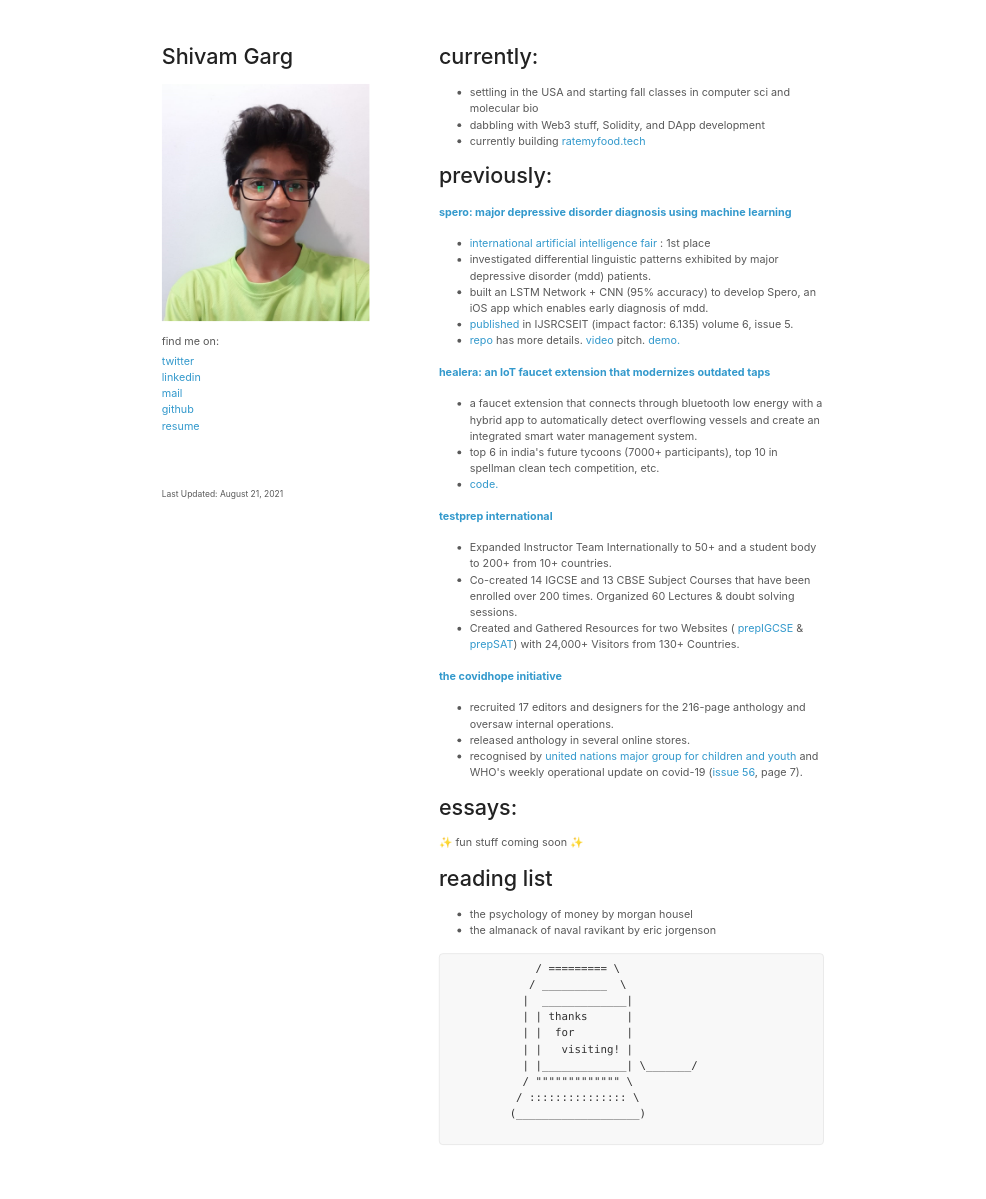
Repository: 22shivam/22shivam.github.io
Page: index.html
The author's editor kept a copy of each file at every save. The page is drawn from the files as they stood at one save, then again after the next save.
The browser window is 1280 px wide. The pictures show the whole page, at 77% of full size.

Above is the page before, as saved 2024-06-17 12:21:44.

### index.html
<!doctype html>
<html>

<head>
  <meta charset="utf-8">
  <meta http-equiv="X-UA-Compatible" content="chrome=1">
  <title>Shivam Garg</title>

  <link rel="apple-touch-icon" sizes="180x180" href="assets/favicon/apple-touch-icon.png">
  <link rel="icon" type="image/png" sizes="32x32" href="assets/favicon/favicon-32x32.png">
  <link rel="icon" type="image/png" sizes="16x16" href="assets/favicon/favicon-16x16.png">
  <link rel="manifest" href="assets/favicon/site.webmanifest">
  <title>Shivam Garg</title>
  <meta charset="utf-8">
  <meta name="description" content="hi i am shivam! i love making and learning about new things">
  <meta name="keywords" content="Shivam Garg, Shivam, Personal Website, smgarg, Shivam Manish Garg">
  <link rel="author" href="https://plus.google.com/{{googlePlusId}}" />
  <!-- TODO: fix link below -->
  <link rel="canonical" href="/" />
  <meta name="author" content="Shivam Garg">


  <link rel="stylesheet" href="css/styles.css">
  <link rel="stylesheet" href="css/pygment_trac.css">
  <meta name="viewport" content="width=device-width">
  <!--[if lt IE 9]>
    <script src="//html5shiv.googlecode.com/svn/trunk/html5.js"></script>
    <![endif]-->
</head>

<body>
  <div class="wrapper">
    <header>
      <h1>Shivam Garg</h1>
      <img src="assets/publicPhoto.jpeg" alt="Shivam Garg" height="" width="">
      <p style="margin-bottom: 5px; margin-top: 10px;">find me on:</p>
      <div class="view"><a href="https://twitter.com/0xshivamg/" target="_blank">twitter</a></div>
      <div class="view"><a href="https://www.linkedin.com/in/shivammgarg" target="_blank">linkedin</a></div>
      <div class="view"><a href="mailto:shivamg2604@gmail.com" target="_blank">mail</a></div>
      <div class="view"><a href="https://github.com/22shivam/" target="_blank">github</a></div>
      <div class="view"><a
          href="https://docs.google.com/document/d/1XngIt09bPn4KqA4MeCDZqlIE3TaXOZoX0enz0Mnil3I/edit?usp=sharing"
          target="_blank">resume</a></div>

    </header>
    <section>
      <h1>currently:</h1>

      <ul>
        <li> settling in the USA and starting fall classes in computer sci and molecular bio</li>
        <li> dabbling with Web3 stuff, Solidity, and DApp development </li>
        <li> currently building <a href="https://ratemyfood.tech/" target="_blank"> ratemyfood.tech </a></li>
        <!-- <li> reading the psychology of money </li> -->

      </ul>


      <h1>previously:</h1>

      <p><a href="#"><b>spero: major depressive disorder diagnosis using machine learning</b></a></p>
      <ul>
        <li><a href="https://www.facebook.com/watch/?v=3315503535234343" target="_blanket">international artificial
            intelligence fair </a>: 1st place</li>
        <li> investigated differential linguistic patterns exhibited by major depressive disorder (mdd) patients. </li>
        <li> built an LSTM Network + CNN (95% accuracy) to develop Spero, an iOS app which enables early diagnosis of
          mdd. </li>
        <li> <a href="https://drive.google.com/file/d/13emORumQpy178YOz-o1TLWc3oEMG_0Zk/view?usp=sharing"
            target="_blank">published</a> in IJSRCSEIT (impact factor: 6.135) volume 6, issue 5. </li>
        <li><a href="https://github.com/yumibyte/DepressionAnalysisApp" target="_blank">repo</a> has more details. <a
            href="https://youtu.be/BRpB7O93rG8" target="_blank">video </a>pitch. <a
            href="https://drive.google.com/file/d/1xZBEsI2Kvl0hXr1HkGOkEOxA6GYMHvkU/view?usp=sharing"
            target="_blank">demo.</a></li>
      </ul>

      <p><a href="#"><b>healera: an IoT faucet extension that modernizes outdated taps</b></a></p>
      <ul>
        <li> a faucet extension that connects through bluetooth low energy with a hybrid app to automatically detect
          overflowing vessels and create an integrated smart water management system. </li>
        <li>top 6 in india's future tycoons (7000+ participants), top 10 in spellman clean tech competition, etc.</li>
        <li><a href="https://create.arduino.cc/editor/shivam26/1d686c51-6e04-4531-b3fc-80d3e8be87ea/preview"
            target="_blank">code.</a> </li>
      </ul>

      <p><a href="https://testprepintl.wixsite.com/testprep" target="_blank"><b>testprep international</b></a></p>
      <ul>
        <li>Expanded Instructor Team Internationally to 50+ and a student body to 200+ from 10+ countries.</li>
        <li>Co-created 14 IGCSE and 13 CBSE Subject Courses that have been enrolled over 200 times. Organized 60
          Lectures & doubt solving sessions. </li>
        <li>Created and Gathered Resources for two Websites ( <a href="https://igcse.school.blog/"
            target="_blank">prepIGCSE</a> & <a href="https://prepsatinfo.wordpress.com/" target="_blank">prepSAT</a>)
          with 24,000+ Visitors from 130+ Countries. </li>
      </ul>

      <p><a href="https://covidhope.litcot.org/" target="_blank"><b>the covidhope initiative</b></a></p>
      <ul>
        <li>recruited 17 editors and designers for the 216-page anthology and oversaw internal operations.</li>
        <li>released anthology in several online stores.</li>
        <li>recognised by <a
            href="https://www.unmgcy.org/youth-initiatives/2020/9/9/the-covidhope-initiative?fbclid=IwAR1hHeQ0HqLZF7lZqmeBwSabEhB1bpDe8zFZsVwr8dct0wwqOb93iT0AzrM"
            target="_blank">united nations major group for children and youth</a> and WHO's weekly operational update on
          covid-19 (<a
            href="https://www.who.int/publications/m/item/weekly-operational-update-on-covid-19---24-may-2021"
            target="_blank">issue 56</a>, page 7).</li>
      </ul>

      <!-- <p><a href="#"><b>this is actually a title placeholder</b></a></p>
        <ul>
            <li>bullet <b>1</b></li>
            <li>bullet 2</li>
            <li>bullet 3</li>
        </ul> -->

      <h1>essays:</h1>
      &#10024; fun stuff coming soon &#10024;
      <br>
      <br>

      <h1>reading list</h1>
      <ul>
        <li>the psychology of money by morgan housel </li>
        <li>the almanack of naval ravikant by eric jorgenson</li>
      </ul>

      <!-- <h1>random:</h1>
          <ul>
            <li>random 1:</li>
            <li>random 2:</li>
            <li>random 3:</li>
          </ul>

          <h1>features:</h1>
          <ul>
            <li>feature 1:</li>
            <li>feature 2:</li>
            <li>feature 3:</li>
          </ul>

          <h1>gallery:</h1>
          <ul>
            <li>feature 1:</li>
            <li>feature 2:</li>
            <li>feature 3:</li>
          </ul> -->




      <pre>
             / ========= \
            / __________  \
           |  _____________|
           | | thanks      |
           | |  for        |
           | |   visiting! |
           | |_____________| \_______/
           / """"""""""""" \
          / ::::::::::::::: \
         (___________________)
        </pre>
    </section>
    <footer>
      <p><small>Last Updated: August 21, 2021</small></p>
    </footer>
  </div>
  <script src="js/scale.fix.js"></script>
</body>

</html>

### css/styles.css
body {
  background-color: #fff;
  padding:50px;
  font: 14px/1.5 -apple-system, BlinkMacSystemFont, "Segoe UI", Roboto, Oxygen, Ubuntu, Cantarell, "Fira Sans", "Droid Sans", "Helvetica Neue", Arial, sans-serif, "Apple Color Emoji", "Segoe UI Emoji", "Segoe UI Symbol";
  color:#595959;
  font-weight:400;
}

h1, h2, h3, h4, h5, h6 {
  color:#222;
  margin:0 0 20px;
}

p, ul, ol, table, pre, dl {
  margin:0 0 20px;
}

h1, h2, h3 {
  line-height:1.1;
}

h1 {
  font-size:28px;
  font-weight: 500;
}

h2 {
  color:#393939;
  font-weight: 500;
}

h3, h4, h5, h6 {
  color:#494949;
  font-weight: 500;
}

a {
  color:#39c;
  text-decoration:none;
}

a:hover {
  color:#069;
}

a small {
  font-size:11px;
  color:#777;
  margin-top:-0.3em;
  display:block;
}

a:hover small {
  color:#777;
}

.wrapper {
  width:860px;
  margin:0 auto;
}

blockquote {
  border-left:1px solid #e5e5e5;
  margin:0;
  padding:0 0 0 20px;
  font-style:italic;
}

code, pre {
  font-family:Monaco, Bitstream Vera Sans Mono, Lucida Console, Terminal, Consolas, Liberation Mono, DejaVu Sans Mono, Courier New, monospace;
  color:#333;
}

pre {
  padding:8px 15px;
  background: #f8f8f8;
  border-radius:5px;
  border:1px solid #e5e5e5;
  overflow-x: auto;
}

table {
  width:100%;
  border-collapse:collapse;
}

th, td {
  text-align:left;
  padding:5px 10px;
  border-bottom:1px solid #e5e5e5;
}

dt {
  color:#444;
  font-weight:500;
}

th {
  color:#444;
}

img {
  max-width:100%;
}

header {
  width:270px;
  float:left;
  position:fixed;
  -webkit-font-smoothing:subpixel-antialiased;
}

header ul {
  list-style:none;
  height:40px;
  padding:0;
  background: #f4f4f4;
  border-radius:5px;
  border:1px solid #e0e0e0;
  width:270px;
}

header li {
  width:89px;
  float:left;
  border-right:1px solid #e0e0e0;
  height:40px;
}

header li:first-child a {
  border-radius:5px 0 0 5px;
}

header li:last-child a {
  border-radius:0 5px 5px 0;
}

header ul a {
  line-height:1;
  font-size:11px;
  color:#999;
  display:block;
  text-align:center;
  padding-top:6px;
  height:34px;
}

header ul a:hover {
  color:#999;
}

header ul a:active {
  background-color:#f0f0f0;
}

strong {
  color:#222;
  font-weight:500;
}

header ul li + li + li {
  border-right:none;
  width:89px;
}

header ul a strong {
  font-size:14px;
  display:block;
  color:#222;
}

section {
  width:500px;
  float:right;
  padding-bottom:50px;
}

small {
  font-size:11px;
}

hr {
  border:0;
  background:#e5e5e5;
  height:1px;
  margin:0 0 20px;
}

footer {
  width:270px;
  float:left;
  position:fixed;
  bottom:50px;
  -webkit-font-smoothing:subpixel-antialiased;
}

@media print, screen and (max-width: 960px) {

  div.wrapper {
    width:auto;
    margin:0;
  }

  header, section, footer {
    float:none;
    position:static;
    width:auto;
  }

  header {
    padding-right:320px;
  }

  section {
    border:1px solid #e5e5e5;
    border-width:1px 0;
    padding:20px 0;
    margin:0 0 20px;
  }

  header a small {
    display:inline;
  }

  header ul {
    position:absolute;
    right:50px;
    top:52px;
  }
}

@media print, screen and (max-width: 720px) {
  body {
    word-wrap:break-word;
  }

  header {
    padding:0;
  }

  header ul, header p.view {
    position:static;
  }

  pre, code {
    word-wrap:normal;
  }
}

@media print, screen and (max-width: 480px) {
  body {
    padding:15px;
  }

  header ul {
    width:99%;
  }

  header li, header ul li + li + li {
    width:33%;
  }
}

@media print {
  body {
    padding:0.4in;
    font-size:12pt;
    color:#444;
  }
}

### css/pygment_trac.css
.highlight  { background: #ffffff; }
.highlight .c { color: #999988; font-style: italic } /* Comment */
.highlight .err { color: #a61717; background-color: #e3d2d2 } /* Error */
.highlight .k { font-weight: bold } /* Keyword */
.highlight .o { font-weight: bold } /* Operator */
.highlight .cm { color: #999988; font-style: italic } /* Comment.Multiline */
.highlight .cp { color: #999999; font-weight: bold } /* Comment.Preproc */
.highlight .c1 { color: #999988; font-style: italic } /* Comment.Single */
.highlight .cs { color: #999999; font-weight: bold; font-style: italic } /* Comment.Special */
.highlight .gd { color: #000000; background-color: #ffdddd } /* Generic.Deleted */
.highlight .gd .x { color: #000000; background-color: #ffaaaa } /* Generic.Deleted.Specific */
.highlight .ge { font-style: italic } /* Generic.Emph */
.highlight .gr { color: #aa0000 } /* Generic.Error */
.highlight .gh { color: #999999 } /* Generic.Heading */
.highlight .gi { color: #000000; background-color: #ddffdd } /* Generic.Inserted */
.highlight .gi .x { color: #000000; background-color: #aaffaa } /* Generic.Inserted.Specific */
.highlight .go { color: #888888 } /* Generic.Output */
.highlight .gp { color: #555555 } /* Generic.Prompt */
.highlight .gs { font-weight: bold } /* Generic.Strong */
.highlight .gu { color: #800080; font-weight: bold; } /* Generic.Subheading */
.highlight .gt { color: #aa0000 } /* Generic.Traceback */
.highlight .kc { font-weight: bold } /* Keyword.Constant */
.highlight .kd { font-weight: bold } /* Keyword.Declaration */
.highlight .kn { font-weight: bold } /* Keyword.Namespace */
.highlight .kp { font-weight: bold } /* Keyword.Pseudo */
.highlight .kr { font-weight: bold } /* Keyword.Reserved */
.highlight .kt { color: #445588; font-weight: bold } /* Keyword.Type */
.highlight .m { color: #009999 } /* Literal.Number */
.highlight .s { color: #d14 } /* Literal.String */
.highlight .na { color: #008080 } /* Name.Attribute */
.highlight .nb { color: #0086B3 } /* Name.Builtin */
.highlight .nc { color: #445588; font-weight: bold } /* Name.Class */
.highlight .no { color: #008080 } /* Name.Constant */
.highlight .ni { color: #800080 } /* Name.Entity */
.highlight .ne { color: #990000; font-weight: bold } /* Name.Exception */
.highlight .nf { color: #990000; font-weight: bold } /* Name.Function */
.highlight .nn { color: #555555 } /* Name.Namespace */
.highlight .nt { color: #000080 } /* Name.Tag */
.highlight .nv { color: #008080 } /* Name.Variable */
.highlight .ow { font-weight: bold } /* Operator.Word */
.highlight .w { color: #bbbbbb } /* Text.Whitespace */
.highlight .mf { color: #009999 } /* Literal.Number.Float */
.highlight .mh { color: #009999 } /* Literal.Number.Hex */
.highlight .mi { color: #009999 } /* Literal.Number.Integer */
.highlight .mo { color: #009999 } /* Literal.Number.Oct */
.highlight .sb { color: #d14 } /* Literal.String.Backtick */
.highlight .sc { color: #d14 } /* Literal.String.Char */
.highlight .sd { color: #d14 } /* Literal.String.Doc */
.highlight .s2 { color: #d14 } /* Literal.String.Double */
.highlight .se { color: #d14 } /* Literal.String.Escape */
.highlight .sh { color: #d14 } /* Literal.String.Heredoc */
.highlight .si { color: #d14 } /* Literal.String.Interpol */
.highlight .sx { color: #d14 } /* Literal.String.Other */
.highlight .sr { color: #009926 } /* Literal.String.Regex */
.highlight .s1 { color: #d14 } /* Literal.String.Single */
.highlight .ss { color: #990073 } /* Literal.String.Symbol */
.highlight .bp { color: #999999 } /* Name.Builtin.Pseudo */
.highlight .vc { color: #008080 } /* Name.Variable.Class */
.highlight .vg { color: #008080 } /* Name.Variable.Global */
.highlight .vi { color: #008080 } /* Name.Variable.Instance */
.highlight .il { color: #009999 } /* Literal.Number.Integer.Long */

.type-csharp .highlight .k { color: #0000FF }
.type-csharp .highlight .kt { color: #0000FF }
.type-csharp .highlight .nf { color: #000000; font-weight: normal }
.type-csharp .highlight .nc { color: #2B91AF }
.type-csharp .highlight .nn { color: #000000 }
.type-csharp .highlight .s { color: #A31515 }
.type-csharp .highlight .sc { color: #A31515 }

Loaded but not shown: js/scale.fix.js (common file)

After the next save:
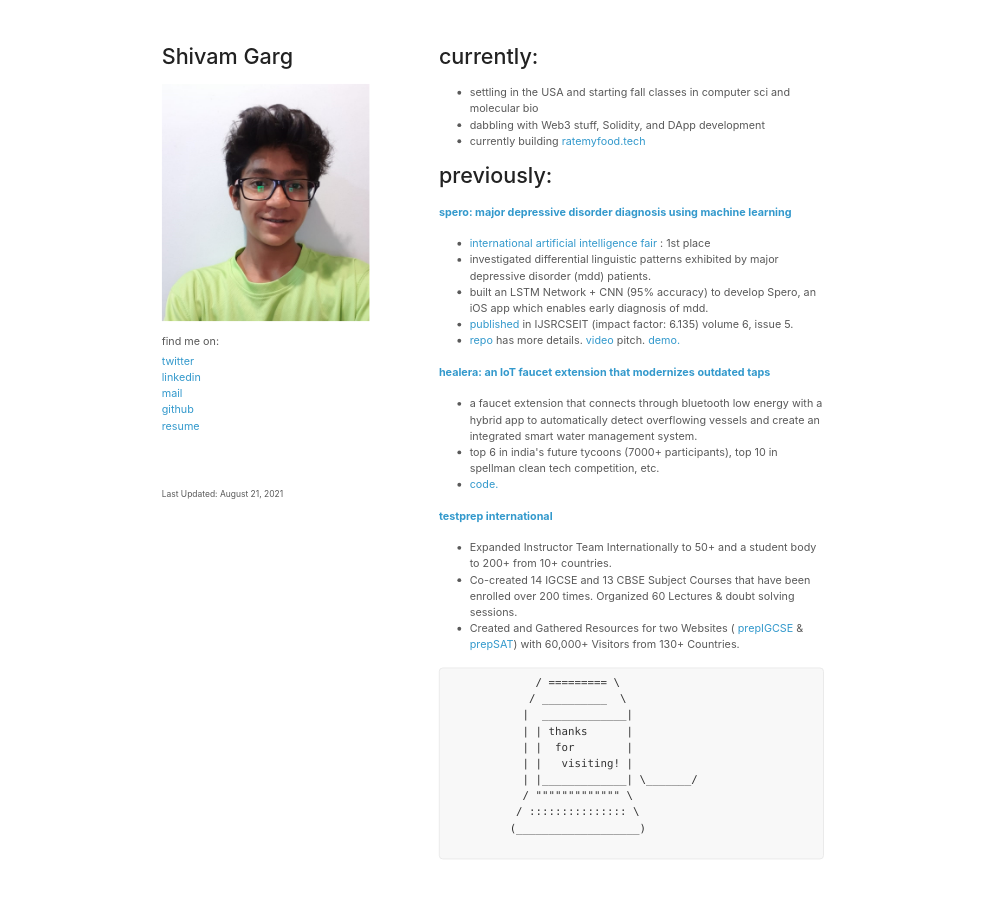
Saved 6 h 33 min later.
--- a/index.html
+++ b/index.html
@@ -88,10 +88,10 @@
           Lectures & doubt solving sessions. </li>
         <li>Created and Gathered Resources for two Websites ( <a href="https://igcse.school.blog/"
             target="_blank">prepIGCSE</a> & <a href="https://prepsatinfo.wordpress.com/" target="_blank">prepSAT</a>)
-          with 24,000+ Visitors from 130+ Countries. </li>
+          with 60,000+ Visitors from 130+ Countries. </li>
       </ul>
 
-      <p><a href="https://covidhope.litcot.org/" target="_blank"><b>the covidhope initiative</b></a></p>
+      <!-- <p><a href="https://covidhope.litcot.org/" target="_blank"><b>the covidhope initiative</b></a></p>
       <ul>
         <li>recruited 17 editors and designers for the 216-page anthology and oversaw internal operations.</li>
         <li>released anthology in several online stores.</li>
@@ -101,7 +101,7 @@
           covid-19 (<a
             href="https://www.who.int/publications/m/item/weekly-operational-update-on-covid-19---24-may-2021"
             target="_blank">issue 56</a>, page 7).</li>
-      </ul>
+      </ul> -->
 
       <!-- <p><a href="#"><b>this is actually a title placeholder</b></a></p>
         <ul>
@@ -110,7 +110,7 @@
             <li>bullet 3</li>
         </ul> -->
 
-      <h1>essays:</h1>
+      <!-- <h1>essays:</h1>
       &#10024; fun stuff coming soon &#10024;
       <br>
       <br>
@@ -119,7 +119,7 @@
       <ul>
         <li>the psychology of money by morgan housel </li>
         <li>the almanack of naval ravikant by eric jorgenson</li>
-      </ul>
+      </ul> -->
 
       <!-- <h1>random:</h1>
           <ul>
